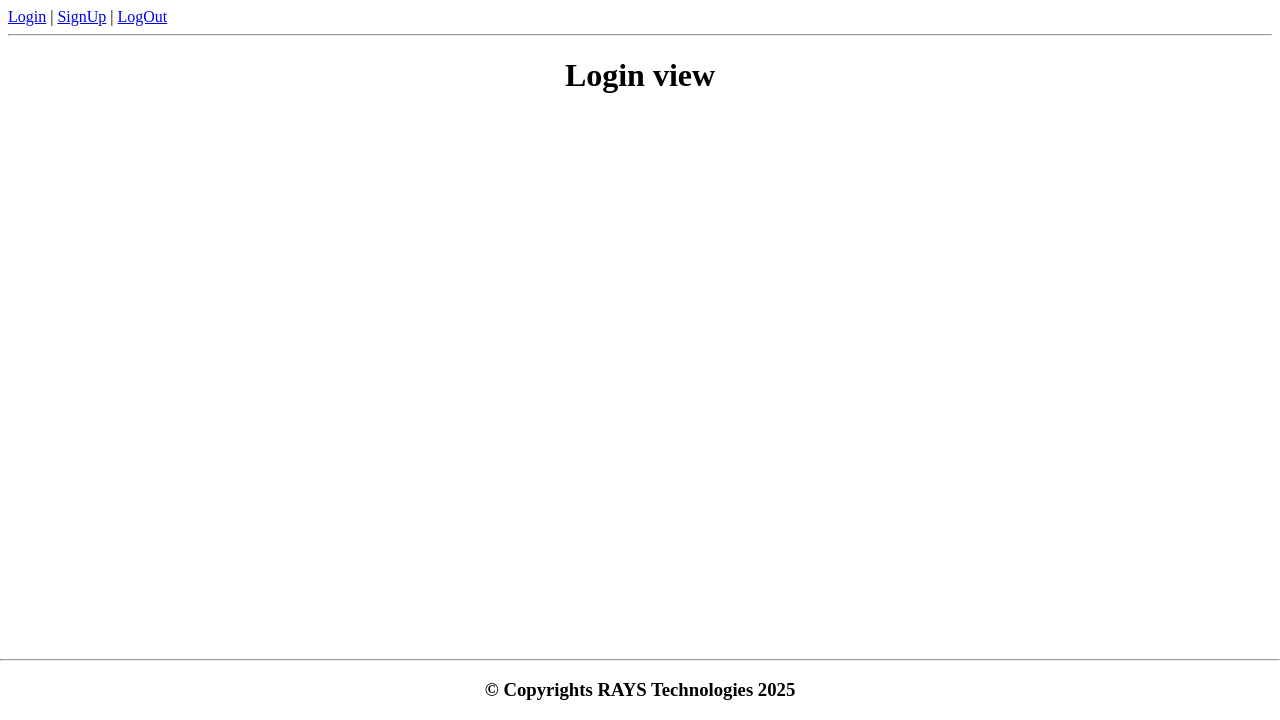
Repository: Deepak9669/JSP-Servlet
Page: http://localhost/Dynamic-Web-Project/EmployeeAddCtl.do
An editor plug-in stored every save of this project. The page is shown before and after the next save, followed by the edit.
The browser window is 1280 px wide. The pictures show the whole page.
The page is served by Tomcat 9. Other server files are loaded and not shown.

Above is the page before, as saved 2025-10-04 03:15:06.

### Dynamic-Web-Project/WebContent/LoginView.jsp
<%@ page language="java" contentType="text/html; charset=ISO-8859-1"
    pageEncoding="ISO-8859-1"%>
<!DOCTYPE html>
<html>
<head>
<meta charset="ISO-8859-1">
<title>Insert title here</title>
</head>
<body>
<%@include file="Header.jsp" %>

 <div align="center">
 <h1>Login view</h1>

</div>
<%@include file="Footer.jsp"%>
</body>
</html>

### Dynamic-Web-Project/WebContent/Header.jsp
<%@ page language="java" contentType="text/html; charset=ISO-8859-1"
    pageEncoding="ISO-8859-1"%>
<!DOCTYPE html>
<html>
<head>
<meta charset="ISO-8859-1">
<title>Insert title here</title>
</head>
<body>
<a href="LoginCtl">Login</a> |
<a href="UserRegistrationCtl">SignUp</a> |
<a href="#">LogOut</a>
<hr>
</body>
</html>

### Dynamic-Web-Project/WebContent/Footer.jsp

<%@ page language="java" contentType="text/html; charset=ISO-8859-1"
	pageEncoding="ISO-8859-1"%>
<html>
<head>

<style type="text/css">
#footer {
	position: fixed;
	left: 0;
	width: 100%;
	bottom: 0;
	background-color: white;
	color: black;
	text-align: center;
}
</style>

</head>
<body>

	<div id="footer">
		<CENTER>
			<hr>
			<H3>&copy; Copyrights RAYS Technologies 2025</H3>
		</CENTER>
	</div>
</html>

### Dynamic-Web-Project/src/com/rays/controller/EmployeeAddCtl.java

package com.rays.controller;

import java.io.IOException;
import java.text.SimpleDateFormat;

import javax.servlet.RequestDispatcher;
import javax.servlet.ServletException;
import javax.servlet.annotation.WebServlet;
import javax.servlet.http.HttpServlet;
import javax.servlet.http.HttpServletRequest;
import javax.servlet.http.HttpServletResponse;

import com.rays.bean.EmployeeBean;
import com.rays.bean.UserBean;
import com.rays.model.EmployeeModel;
import com.rays.model.UserModel;
import com.rays.util.DataValidator;

@WebServlet("/EmployeeAddCtl.do")
public class EmployeeAddCtl extends HttpServlet {


	@Override
	protected void service(HttpServletRequest request, HttpServletResponse response)
			throws ServletException, IOException {
		String op = request.getParameter("operation");

		if (op != null) {
			if (!DataValidator.employeeValidation(request)) {
				RequestDispatcher rd = request.getRequestDispatcher("EmployeeAddView.jsp");
				rd.forward(request, response);
				return;

			}
		}

		super.service(request, response);
	}


	protected void doGet(HttpServletRequest request, HttpServletResponse response)
			throws ServletException, IOException {

		EmployeeModel model = new EmployeeModel();
		EmployeeBean bean = new EmployeeBean();

		String id = request.getParameter("id");
		System.out.println("id >>>>-- " + id);

		if (id != null) {
			try {
				bean = model.findById(Integer.parseInt(id));
				request.setAttribute("bean", bean);
			} catch (Exception e) {
				e.printStackTrace();
			}
		}

		RequestDispatcher rd = request.getRequestDispatcher("EmployeeAddView.jsp");
		rd.forward(request, response);

	}

	protected void doPost(HttpServletRequest request, HttpServletResponse response)
			throws ServletException, IOException {

		String op = request.getParameter("operation");


		EmployeeBean bean = new EmployeeBean();
		EmployeeModel model = new EmployeeModel();

		String employee = request.getParameter("employee");
		String salary = request.getParameter("salary");
		String status = request.getParameter("status");
		String login = request.getParameter("login");
		String password = request.getParameter("password");

		try {
			bean.setEmployee(employee);
			bean.setSalary(salary);
			bean.setStatus(status);
			bean.setPassword(password);
			bean.setLogin(login);



			if (op.equals("update")) {
				bean.setId(Integer.parseInt(request.getParameter("id")));
				model.update(bean);
				request.setAttribute("successMsg", "User updated Successfully");
			} else {
				model.add(bean);
				request.setAttribute("successMsg", "User added Successfully");
			}

		} catch (Exception e) {
			request.setAttribute("errorMsg", e.getMessage());
			e.printStackTrace();
		}

		RequestDispatcher rd = request.getRequestDispatcher("EmployeeAddView.jsp");
		rd.forward(request, response);

	}

}

After the next save:
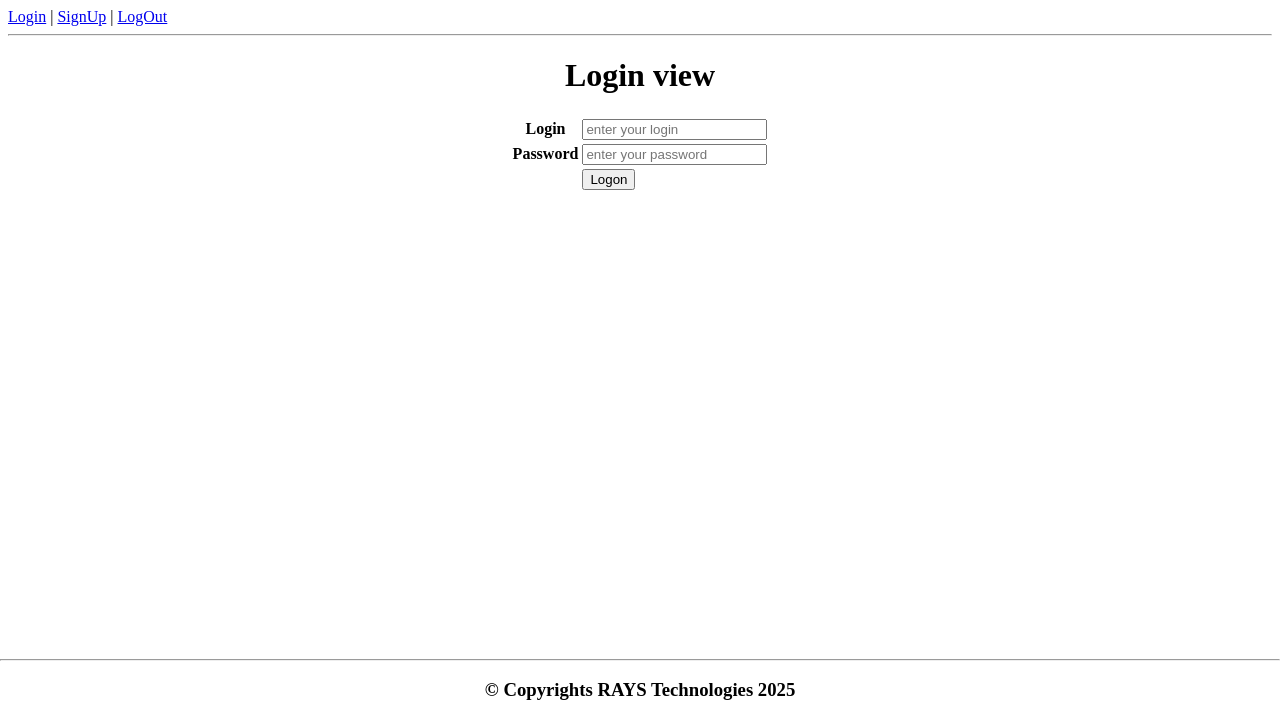
Saved 4 h 6 min later.
--- a/Dynamic-Web-Project/WebContent/LoginView.jsp
+++ b/Dynamic-Web-Project/WebContent/LoginView.jsp
@@ -1,5 +1,5 @@
 <%@ page language="java" contentType="text/html; charset=ISO-8859-1"
-    pageEncoding="ISO-8859-1"%>
+	pageEncoding="ISO-8859-1"%>
 <!DOCTYPE html>
 <html>
 <head>
@@ -7,12 +7,39 @@
 <title>Insert title here</title>
 </head>
 <body>
-<%@include file="Header.jsp" %>
+	<%@include file="Header.jsp"%>
 
- <div align="center">
- <h1>Login view</h1>
+	<div align="center">
+		<h1>Login view</h1>
 
-</div>
-<%@include file="Footer.jsp"%>
+		<form action="LoginCtl" method="post">
+
+			<table>
+				<tr>
+					<th>Login</th>
+					<td><input type="email" name="login" value=""
+						placeholder="enter your login"></td>
+
+
+				</tr>
+
+				<tr>
+					<th>Password</th>
+					<td><input type="password" name="password" value=""
+						placeholder="enter your password"></td>
+
+				</tr>
+
+				<tr>
+					<th></th>
+					<td><input type="submit" name="operation" value="Logon"></td>
+				</tr>
+
+			</table>
+
+		</form>
+
+	</div>
+	<%@include file="Footer.jsp"%>
 </body>
 </html>
